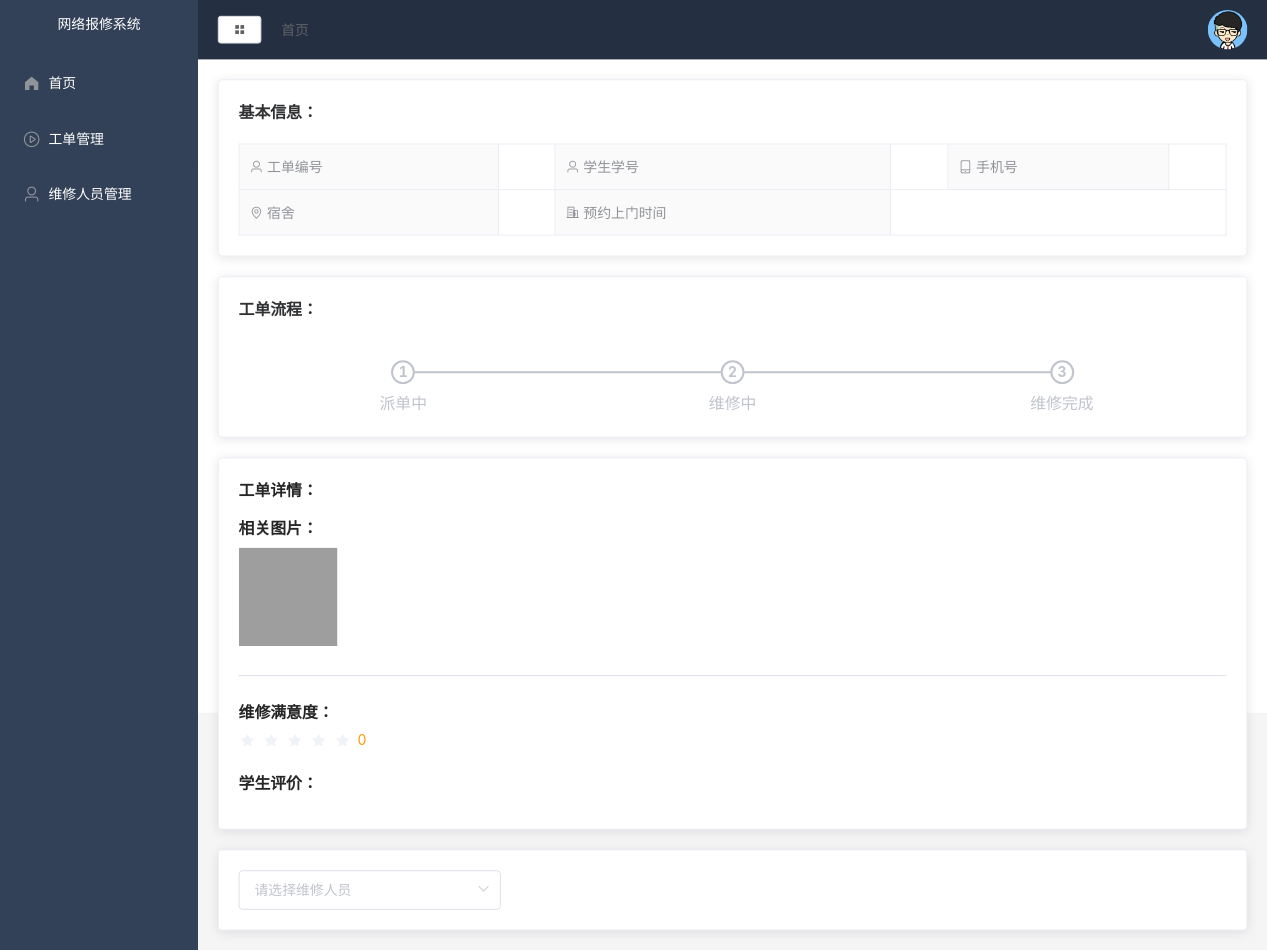
Repository: LtheW/vue
Page: /completed
The author's editor kept a copy of each file at every save. The page is drawn from the files as they stood at one save, then again after the next save.
The browser window is 1280 px wide. The pictures show the whole page, at 99% of full size.
Pictures or frames that could not be fetched are drawn as grey boxes. The page's requests for data from a server got no answer. The project was rebuilt for these pictures with package versions that can differ from the ones it lists, and the page was loaded fresh each time. No one was signed in, and anything a server would have sent is missing. Also part of the build but not shown: vue.config.js, src/components/CommonTag.vue, src/views/Results/Submit.vue, src/views/Maintainer/Add.vue, src/assets/js/login.js, src/views/Login.vue, src/views/Results/Repaired.vue.

Above is the page before, as saved 2022-03-31 19:27:02.

### src/main.js
import Vue from 'vue'
import App from './App.vue'
import router from './router'
import store from './store'
//引入element ui
import ElementUI from 'element-ui';
import 'element-ui/lib/theme-chalk/index.css';
import '@/assets/scss/reset.scss' //全局样式
import Axios from 'axios';//后台交互
import Antd from 'ant-design-vue';
import 'ant-design-vue/dist/antd.css';
import 'font-awesome/scss/font-awesome.scss'
Vue.prototype.$http=Axios
//defaults 设置全局默认路径
Axios.defaults.baseURL="/"

Vue.use(ElementUI,Antd);
Vue.config.productionTip = false

new Vue({
  router,
  store,
  render: h => h(App)
}).$mount('#app')

### src/router/index.js
import Vue from 'vue'
import VueRouter from 'vue-router'
import Main from '../views/Main.vue'
import Submit from '../views/Results/Submit.vue'
import Maintainer_Add from '../views/Maintainer/Add.vue'
import Login from '../views/Login.vue'
import Repaired from '../views/Results/Repaired.vue'
import Completed from '../views/Results/Completed.vue'
Vue.use(VueRouter)

const routes = [
  {

    path: '/',
    name: 'Login',
    component: Login
  },
  {
    path: '/main',
    name: 'Main',
    component: Main,
    children: [{
        path: '/',
        name: 'repair',
        component: () => import('../views/Results/Repaired.vue'),
      },
      {
        path: '/form',
        name: 'form',
        component: () => import('@/views/Form/Form')
      },
      {
        path: '/maintainer',
        name: 'Maintainer',
        component: () => import('@/views/Maintainer/Maintainer')
      },
      {
        path: '/submit',
        name: 'submit',
        component: Submit,
      },
      {
        path: '/repaired',
        name: 'repaired',
        component: Repaired,
      },
      {
        path: '/completed',
        name: 'completed',
        component: Completed,
      },

      {
        path: '/maintainer_add',
        name: 'add',
        component: Maintainer_Add,
      },
    ]
  },


]

const router = new VueRouter({
  mode: 'history',
  base: process.env.BASE_URL,
  routes
})

export default router

### src/views/Main.vue
<template>
  <el-container style="height: 100%">
    <el-aside width="auto" height="100%" ><common-aside></common-aside></el-aside>
    <el-container>
      <el-header>
        <common-header></common-header>

      </el-header>
      <el-main><router-view /></el-main>
    </el-container>
  </el-container>
</template>

<script>
import CommonAside from "../components/CommonAside.vue";
import CommonHeader from "../components/CommonHeader.vue";
import CommonTag from "../components/CommonTag.vue";
export default {
  name: "Main",
  components: { CommonAside, CommonHeader, CommonTag },
};
</script>
, CommonTab
<style lang="scss" scoped>
.el-header {
  background: #242F42;
}
.el-main {
  padding-top: 20rpx;
}
</style>

### src/views/Results/Completed.vue
<template>
  <div class="form">
    <div>
      <el-card>
        <el-descriptions
          class="margin-top"
          title="基本信息："
          :column="3"
          :size="size"
          border
        >
          <el-descriptions-item width="150">
            <template slot="label">
              <i class="el-icon-user"></i>
              工单编号
            </template>
            {{ form.workorderNumber }}
          </el-descriptions-item>
          <el-descriptions-item>
            <template slot="label">
              <i class="el-icon-user"></i>
              学生学号
            </template>
            {{ form.fkStudentNumber }}
          </el-descriptions-item>
          <el-descriptions-item>
            <template slot="label">
              <i class="el-icon-mobile-phone"></i>
              手机号
            </template>
            {{ form.contactInformation }}
          </el-descriptions-item>
          <el-descriptions-item>
            <template slot="label">
              <i class="el-icon-location-outline"></i>
              宿舍
            </template>
            {{ form.address }}
          </el-descriptions-item>
          <el-descriptions-item>
            <template slot="label">
              <i class="el-icon-office-building"></i>
              预约上门时间
            </template>
            {{ form.fixedTime }}
          </el-descriptions-item>
        </el-descriptions>
      </el-card>
    </div>

    <div class="p">
      <el-card>
        <i class="title">工单流程：</i>
        <div>
          <el-steps
            :space="600"
            :active="form.workorderState"
            finish-status="success"
            align-center="true"
            style="padding-top: 40px"
          >
            <el-step title="派单中"></el-step>
            <el-step title="维修中"></el-step>
            <el-step title="维修完成"></el-step>
          </el-steps>
        </div>
      </el-card>
      <div class="p">
        <el-card>
          <h5 class="title">工单详情：</h5>

          <p>{{ form.workorderContent }}</p>

          <h5 class="title">相关图片：</h5>
          <el-image
            style="width: 100px; height: 100px"
            :src="url"
            :preview-src-list="srcList"
          >
          </el-image>
          <el-divider></el-divider>

          <h5 class="title">维修满意度：</h5>
          <el-rate
            v-model="form.maintenanceSatisfaction"
            disabled
            show-score
            text-color="#ff9900"
            score-template="{value}"
          >
          </el-rate>
          <div class="p">
            <h5 class="title">学生评价：</h5>
            <p>{{ form.evaluation }}</p>
          </div>
        </el-card>
        <div class="p">
          <el-card>
            <el-select v-model="value" placeholder="请选择维修人员">
              <el-option
                v-for="item in options"
                :key="item.jobNumber"
                :label="item.name"
                :value="item.jobNumber"
              >
              </el-option>
            </el-select>

          </el-card>
        </div>
      </div>
    </div>
  </div>
</template>
<script>
export default {
  data() {
    return {
      form: {},
      workorderNumber: "",
      url: "https://fuss10.elemecdn.com/e/5d/4a731a90594a4af544c0c25941171jpeg.jpeg",
      srcList: [],
      options: [],
      value: "",
      textarea: "",
    };
  },
  created() {
    this.workorderNumber = this.$route.params.workorderNumber;
    this.Load();
  },
  methods: {
    goBack() {
      this.$router.go(-1);
    },
    onSubmit() {
      this.$http({
        url: "/api/administer/preliminary",
        method: "post",
        headers: { "X-Requested-With": "XMLHttpRequest" },
        params: {
          workorder_number: this.workorderNumber,
          preliminary_porgram: this.textarea,
          maintainer_number: this.value,
          administrator_number: this.$store.state.administer_number,
        }, //传值 如：params:{id:1,name:"gw"}
      }).then((res) => {
        const h = this.$createElement;

        this.$notify({
          title: "成功",
          duration: 3000,
          type: "success",
          message: h("i", { style: "color: teal" }, "工单已提交成功"),
        });

        this.$router.go(-1);
      });
    },
    Load() {
      this.$http({
        url: "/api/administer/getorder",
        method: "get",
        headers: { "X-Requested-With": "XMLHttpRequest" },
        params: {
          workorder_number: this.workorderNumber,
        }, //传值 如：params:{id:1,name:"gw"}
      }).then((res) => {
        this.form = res.data.data[0];
        console.log(this.form);
        var jsonstr = JSON.parse(res.data.data[0].pictureAddress);
        var arr = this.srcList;
        for (var i = 0; i < 3; i++) {
          if (jsonstr[i] == null) {
            break;
          }
          arr.push(jsonstr[i]);
        }
        this.srcList = arr;
      });

      this.$http({
        url: "/api/administer/maintainerlist",
        method: "get",
        headers: { "X-Requested-With": "XMLHttpRequest" },
      }).then((res) => {
        this.options = res.data.data;
        console.log(this.options);
      });
    },
  },
};
</script>

<style scoped>
.form {
  display: flex;
  flex-direction: column;
  justify-content: center;
  align-content: center;
}

.title {
  font-size: 16px;
  font-weight: 700;
}
.p {
  padding-top: 20px;
}
.border {
  border: 1px solid grey;
}
.button {
  padding-top: 20px;
  display: flex;
  flex-direction: row;
  justify-content: center;
}
div /deep/ .el-button--primary {
  width: 600px;
}
</style>>

### src/store/tab.js
export default{
    state:{
        isCollapse: false
    },
    mutations:{
        collapseMenu(state){
            state.isCollapse=!state.isCollapse
        }
    }
}

### src/components/CommonAside.vue
<template>
  <el-menu
    class="el-menu-vertical-demo"
    :collapse="isCollapse"
    background-color="#324157"
    text-color="#fff"
    active-text-color="#ffd04b"
  >
    <h3 v-show="!isCollapse">网络报修系统</h3>
    <h3 v-show="isCollapse">后台</h3>
    <el-menu-item
      :index="item.path"
      v-for="item in noChildren"
      :key="item.path"
      @click="clickMenu(item)"
    >
      <i :class="'el-icon-' + item.icon"></i>
      <span slot="title">{{ item.label }}</span>
    </el-menu-item>
    <el-submenu :index="item.label" v-for="item in hasChildren" :key="item.path">
      <template slot="title">
        <i :class="'el-icon-' + item.icon"></i>
        <span slot="title">{{ item.label }}</span>
      </template>
      <el-menu-item-group>
        <el-menu-item
          :index="subItem.path"
          v-for="(subItem, subIndex) in item.children"
          :key="subIndex"
          @click="clickMenu(item)"
        >
          <i :class="'el-icon-' + subItem.icon"></i>
          <span slot="title">{{ subItem.label }}</span>
        </el-menu-item>
      </el-menu-item-group>
    </el-submenu>
  </el-menu>
</template>

<script>
export default {
  data() {
    return {
      menu: [
        {
          path: "/",
          name: "repair",
          label: "首页",
          icon: "s-home",
          url: "Result/Repaired",
        },
        {
          path: "/form",
          name: "form",
          label: "工单管理",
          icon: "video-play",
          url: "Form/Form",
        },
        {
          path: "/home",
          name: "Maintainer",
          label: "维修人员管理",
          icon: "user",
          url: "Home/Home",
        },
      ],
    };
  },
  methods: {
    // handleOpen(key, keyPath) {
    //   console.log(key, keyPath);
    // },
    // handleClose(key, keyPath) {
    //   console.log(key, keyPath);
    // },
    clickMenu(item) {
      this.$router.push({ name: item.name });
      this.$store.commit("selectMenu", item);
    },
  },
  computed: {
    noChildren() {
      return this.menu.filter((item) => !item.children);
    },
    hasChildren() {
      return this.menu.filter((item) => item.children);
    },
    isCollapse() {
      return this.$store.state.tab.isCollapse;
    },
  },
};
</script>

<style lang="scss" scoped>
.el-menu {
  height: 100%;
  border: none;
  h3 {
    color: #ffffff;
    text-align: center;
    line-height: 48px;
  }
}
.el-menu-vertical-demo:not(.el-menu--collapse) {
  width: 200px;
  min-height: 100vh;
}
</style>

### src/components/CommonHeader.vue
<template>
  <header>
    <div class="l-content">
      <el-button plain icon="el-icon-menu" size="mini" @click="handleMenu"></el-button>
      <el-breadcrumb>
        <el-breadcrumb-item :to="{ path: '/' }">首页</el-breadcrumb-item>
        <el-breadcrumb-item :to="current.path" v-if="current">{{
          current.label
        }}</el-breadcrumb-item>
      </el-breadcrumb>
    </div>
    <div class="r-content">
      <el-dropdown trigger="click" size="mini">
        <span class="el-dropdown-link">
          <img :src="userImg" class="user" />
        </span>
        <el-dropdown-menu slot="dropdown">
          <el-dropdown-item>个人中心</el-dropdown-item>
          <el-dropdown-item @click.native="logOut">退出</el-dropdown-item>
        </el-dropdown-menu>
      </el-dropdown>
    </div>
  </header>
</template>

<script>
import { mapState } from "vuex";
export default {
  data() {
    return {
      userImg: require("../assets/images/user.png"),
    };
  },
  methods: {
    handleMenu() {
      this.$store.commit("collapseMenu");
    },
    logOut() {
      this.$store.commit("clearToken");
      this.$store.commit("clearMenu");
      // location.reload();
      this.$router.push("/login");
    },
  },
  computed: {
    ...mapState({
      current: (state) => state.tab.currentMenu,
    }),
  },
};
</script>

<style lang="scss" scoped>
header {
  display: flex;
  height: 100%;
  align-items: center;
  justify-content: space-between;
}

.l-content {
  display: flex;
  align-items: center;
  .el-button {
    margin-right: 20px;
  }
}

.r-content {
  .user {
    width: 40px;
    height: 40px;
    border-radius: 50%;
  }
}
</style>

<style lang="scss">
.el-breadcrumb__item {
  .el-breadcrumb__inner {
    color: #666;
    font-weight: normal;
  }
  &:last-child {
    .el-breadcrumb__inner {
      color: white;
    }
  }
}
</style>

### src/assets/css/text.css
@font-face {
    font-family: "Roboto";
    src: url('../font/Roboto-Light.ttf');
    font-weight: normal;
    font-style: normal;
}

Loaded but not shown: public/index.html (common file); src/App.vue (common file); src/store/index.js (common file); src/assets/scss/reset.scss (common file)

After the next save:
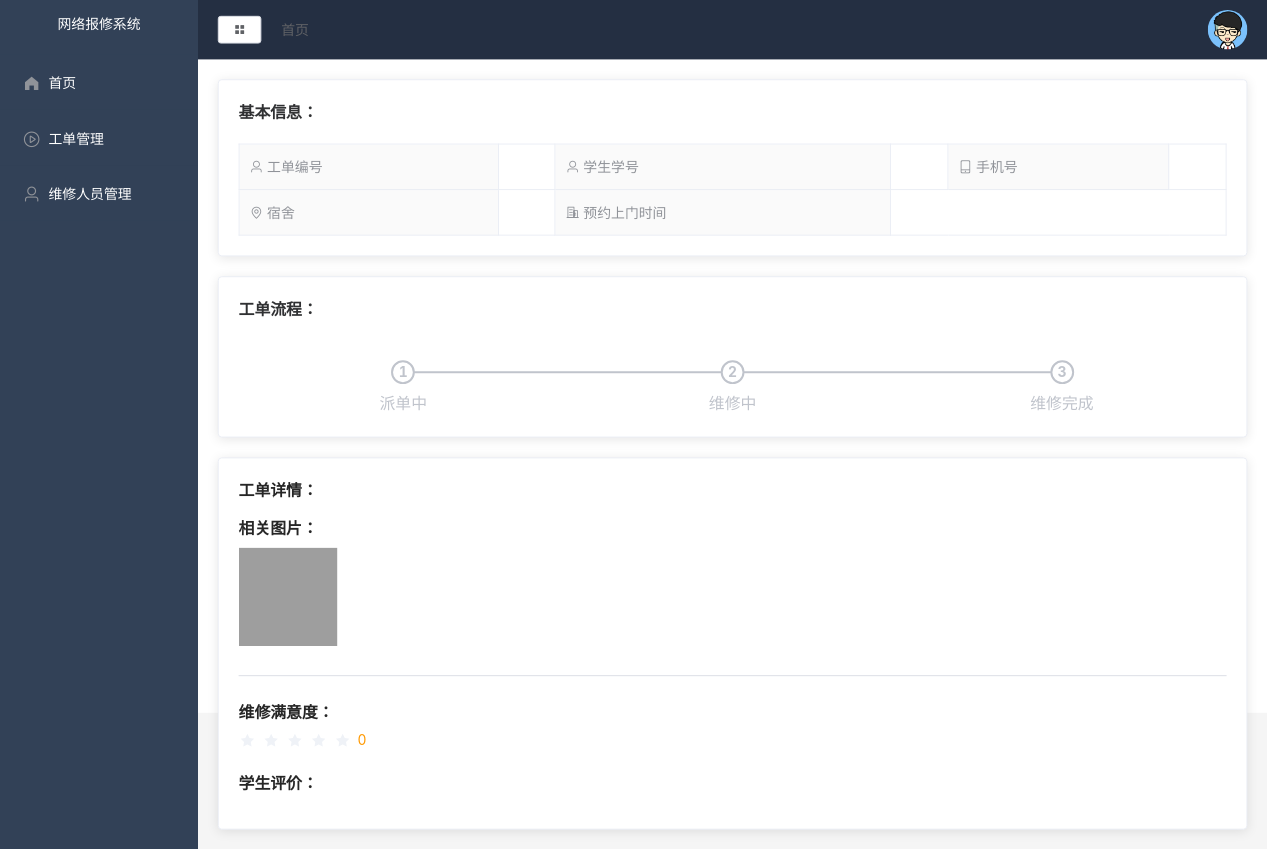
Saved 13 s later.
--- a/src/views/Results/Completed.vue
+++ b/src/views/Results/Completed.vue
@@ -94,20 +94,7 @@
             <p>{{ form.evaluation }}</p>
           </div>
         </el-card>
-        <div class="p">
-          <el-card>
-            <el-select v-model="value" placeholder="请选择维修人员">
-              <el-option
-                v-for="item in options"
-                :key="item.jobNumber"
-                :label="item.name"
-                :value="item.jobNumber"
-              >
-              </el-option>
-            </el-select>
-
-          </el-card>
-        </div>
+
       </div>
     </div>
   </div>
